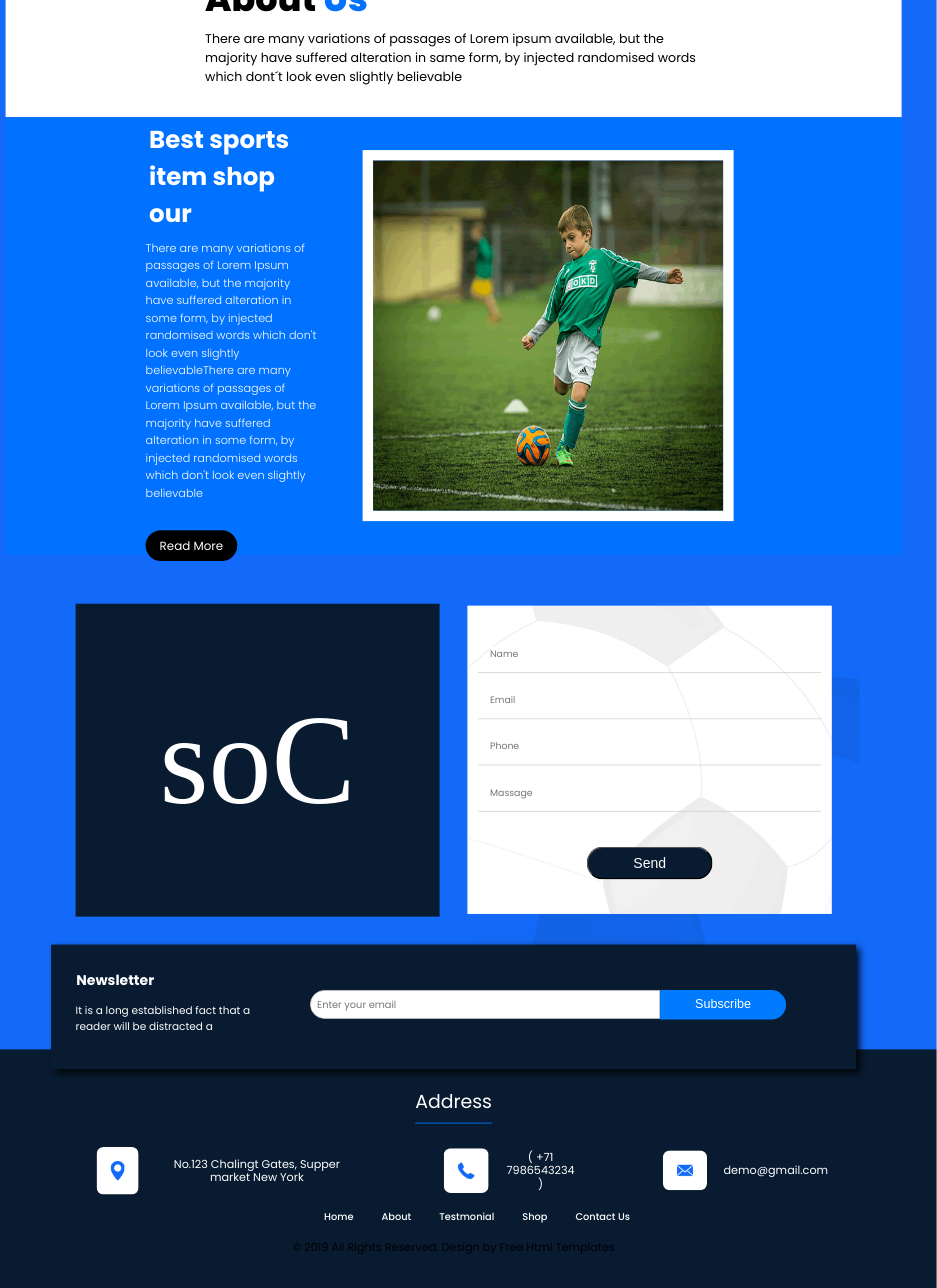
Repository: Vinicius9922/Projeto-Web
Page: index.html
An editor plug-in stored every save of this project. The page is shown before and after a run of saves, followed by the edit.
The browser window is 1280 px wide. The page is 1338 px wide, so the pictures cover 1338 px, including what lies to the right of the window. The pictures show the part of the page from y = 1959 to 3799 px (the page is 3799 px tall), at 70% of full size.

Above is the page before, as saved 2024-12-13 20:06:44.

After the next 4 saves:
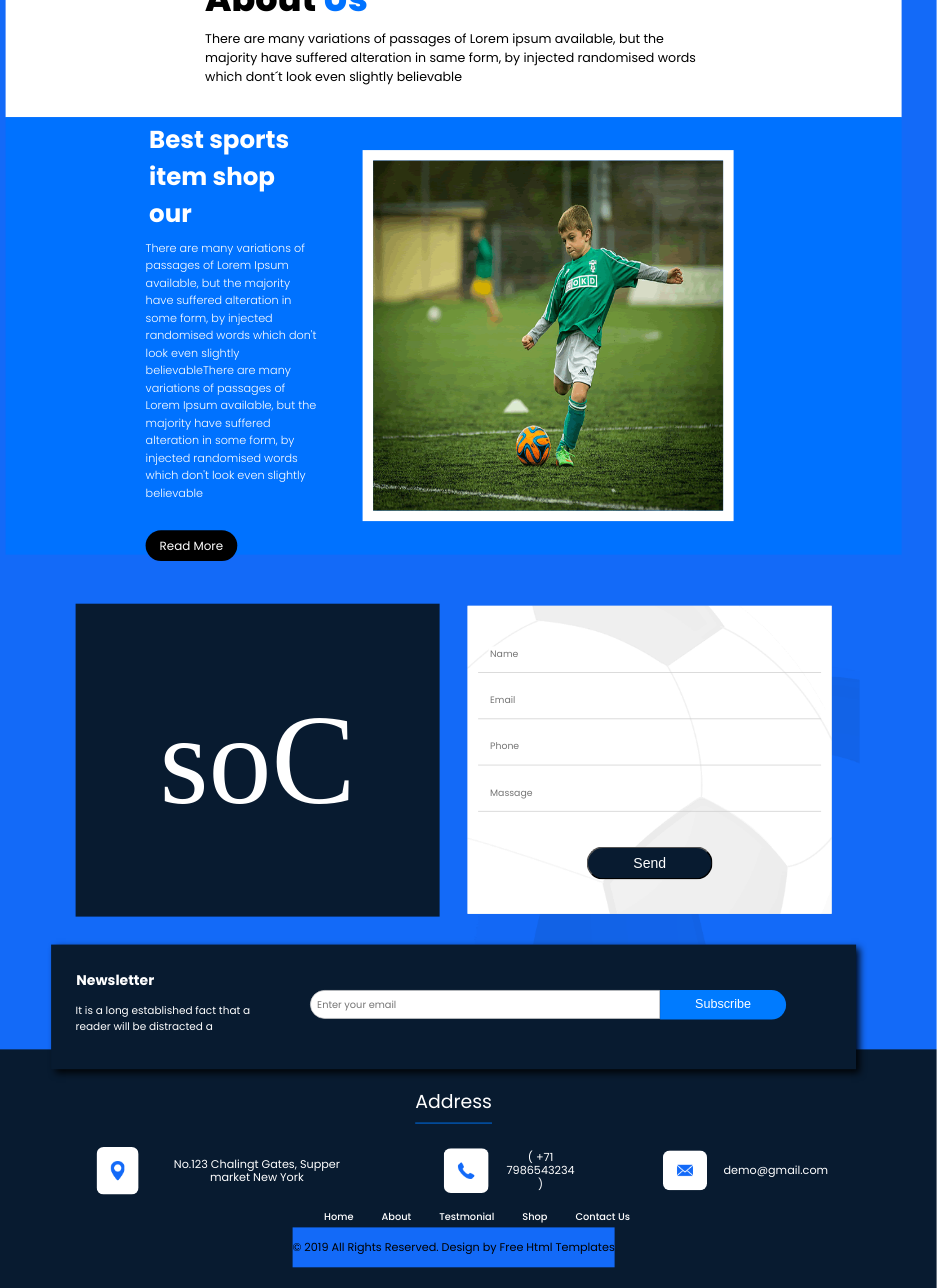
The 4 saves are shown as one change because they came seconds apart.
The last was saved 22 s later.
--- a/index.css
+++ b/index.css
@@ -466,5 +466,5 @@
     text-decoration:none;
 }
 .last-info{
-
-}
+    background-color:#136af8;
+}
